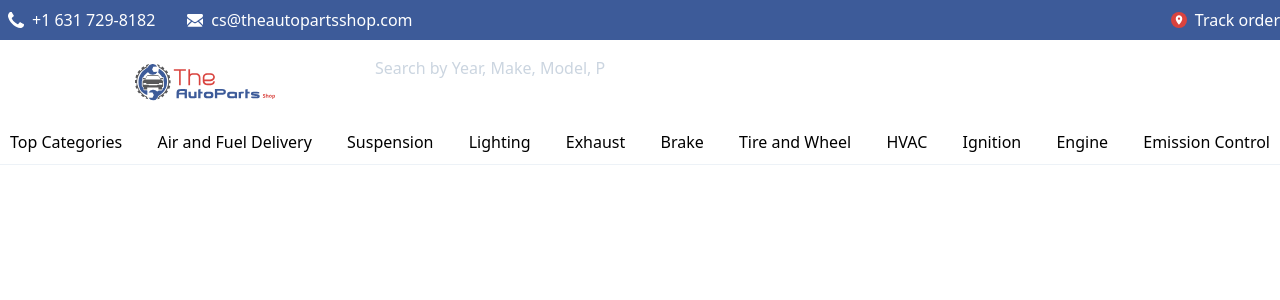
Repository: robindhimanspineor/TAPS-Next
Page: /
These files come from the project's save history. The page is drawn as it stood at one moment and after the next save; the edit follows.
The browser window is 1280 px wide. The pictures show the whole page.
The project was rebuilt for these pictures with package versions that can differ from the ones it lists, and the page was loaded fresh each time. The framework's server and built-in components were replaced by stand-ins that run in the browser. Also part of the build but not shown: next.config.js.

Above is the page before, as saved 2021-09-16 17:13:26.

### src/pages/index.tsx
// import { useRouter } from 'next/router';

// import { Meta } from '../layout/Meta';
// import { Main } from '../templates/Main';
import Header from '../components/common/header';

const Index = () => {
  // const router = useRouter();

  return (
    // <Main
    //   meta={
    //     <Meta
    //       title="Next.js Boilerplate Presentation"
    //       description="Next js Boilerplate is the perfect starter code for your project. Build your React application with the Next.js framework."
    //     />
    //   }
    // >
    // </Main>
    <div>
      <main className="main-container block">
        <Header />
      </main>
    </div>
  );
};

export default Index;

### src/styles/main.css
@tailwind base;
a {
  @apply text-blue-700;
}

a:hover {
  @apply border-b-2 border-blue-700;
}

@tailwind components;
@tailwind utilities;
.content p {
  @apply my-6;
}

.content ul {
  @apply my-6;
}

a {
  text-decoration: none;
  color: black;
}

.main-header {
  display: flex;
  flex-direction: row;
  flex-wrap: nowrap;
  align-content: flex-start;
  align-items: center;
  height: 80px;
  max-width: 1580px;
  flex-grow: 1;
  width: 100%;
  padding: 0 125px 0 115px;
}

.logo {
  flex-basis: 260px;
  display: flex;
  align-items: center;
  justify-content: flex-start;
  padding-left: 20px;
}

.logo a {
  display: inline-block;
}

.logo a span {
  display: block;
  margin-top: 5px;
  width: 140px;
}

.searchbar {
  flex: 1;
}

.searchbar .form-group-wrapper {
  position: relative;
}

### src/components/common/header/index.tsx
import TopHeader from './top-header';
import MainHeader from './main-header';
import CategoriesHeader from './categories-header';

const Header = () => {
  return (
    <header className="flex flex-col items-center justify-center w-full static border-b z-50">
      <TopHeader />
      <MainHeader />
      <CategoriesHeader />
    </header>
  );
};

export default Header;

### src/components/common/header/top-header.tsx
import PhoneHandle from '../../../svg/PhoneHandleSvg.js';
import MailBoxSvg from '../../../svg/MailBoxSvg.js';
import TrackOrderSvg from '../../../svg/TrackOrderSvg.js';

import topHeaderStyles from '../../../styles/top-header.module.css';
const TopHeader = () => {
  return (
    <div className={`${topHeaderStyles.bgBlue} head-top py-2 w-full text-base`}>
      <div className="w-screen max-w-screen-xl flex justify-between mx-auto">
        <div className="head-top-left flex text-white font-medium pl-2">
          <div className="head-top-phone flex items-center text-white w-auto">
            <div
              className="text-white h-6 w-6 flex items-center pr-2"
              style={{ fill: '#fff' }}
            >
              <PhoneHandle />
            </div>
            <p>+1 631 729-8182</p>
          </div>
          <div className="heap-top-email flex items-center text-white w-auto ml-8">
            <div
              className="text-white h-6 w-6 flex items-center pr-2"
              style={{ fill: '#fff' }}
            >
              <MailBoxSvg />
            </div>
            <p>cs@theautopartsshop.com</p>
          </div>
        </div>
        <div className="head-top-right text-white font-medium">
          <div
            className="head-top-track-order flex items-center text-white w-auto cursor-pointer"
            onClick={() => console.log('track order')}
          >
            <div
              className="text-white h-6 w-6 flex items-center pr-2 "
              style={{ fill: '#fff' }}
            >
              <TrackOrderSvg />
            </div>
            <p>Track order</p>
          </div>
        </div>
      </div>
    </div>
  );
};
export default TopHeader;

### src/components/common/header/main-header.tsx
import Logo from './logo';
import SearchBar from './searchbar';

const MainHeader = () => {
  return (
    <div className="main-header">
      <Logo />
      <SearchBar />
      <div className="cart-button"></div>
    </div>
  );
};

export default MainHeader;

### src/components/common/header/categories-header.tsx
import Link from 'next/link';
const CategoriesHeader = () => {
  return (
    <div className="header-categories w-screen max-w-screen-xl flex justify-between ">
      <Link href="/">
        <a className="m-2.5 text-black">Top Categories</a>
      </Link>
      <Link href="/air-and-fuel-delivery">
        <a className="m-2.5 text-black">Air and Fuel Delivery</a>
      </Link>
      <Link href="/suspension">
        <a className="m-2.5 text-black">Suspension</a>
      </Link>
      <Link href="/electrical-lighting-and-body">
        <a className="m-2.5 text-black">Lighting</a>
      </Link>
      <Link href="/exhaust">
        <a className="m-2.5 text-black">Exhaust</a>
      </Link>
      <Link href="/brake">
        <a className="m-2.5 text-black">Brake</a>
      </Link>
      <Link href="/tire-and-wheel">
        <a className="m-2.5 text-black">Tire and Wheel</a>
      </Link>
      <Link href="/hvac">
        <a className="m-2.5 text-black">HVAC</a>
      </Link>
      <Link href="/ignition">
        <a className="m-2.5 text-black">Ignition</a>
      </Link>
      <Link href="/engine">
        <a className="m-2.5 text-black">Engine</a>
      </Link>
      <Link href="/emission-control">
        <a className="m-2.5 text-black">Emission Control</a>
      </Link>
    </div>
  );
};

export default CategoriesHeader;

### src/svg/PhoneHandleSvg.js
import React from 'react';

const PhoneHandle = () => (
  <svg
    version="1.1"
    xmlns="http://www.w3.org/2000/svg"
    xmlnsXlink="http://www.w3.org/1999/xlink"
    x="0px"
    y="0px"
    width="401.998px"
    height="401.998px"
    viewBox="0 0 401.998 401.998"
    style={{ enableBackground: 'new 0 0 401.998 401.998' }}
    xmlSpace="preserve"
    aria-label="phone handle svg"
  >
    <g>
      <path
        d="M401.129,311.475c-1.137-3.426-8.371-8.473-21.697-15.129c-3.61-2.098-8.754-4.949-15.41-8.566
		c-6.662-3.617-12.709-6.95-18.13-9.996c-5.432-3.045-10.521-5.995-15.276-8.846c-0.76-0.571-3.139-2.234-7.136-5
		c-4.001-2.758-7.375-4.805-10.14-6.14c-2.759-1.327-5.473-1.995-8.138-1.995c-3.806,0-8.56,2.714-14.268,8.135
		c-5.708,5.428-10.944,11.324-15.7,17.706c-4.757,6.379-9.802,12.275-15.126,17.7c-5.332,5.427-9.713,8.138-13.135,8.138
		c-1.718,0-3.86-0.479-6.427-1.424c-2.566-0.951-4.518-1.766-5.858-2.423c-1.328-0.671-3.607-1.999-6.845-4.004
		c-3.244-1.999-5.048-3.094-5.428-3.285c-26.075-14.469-48.438-31.029-67.093-49.676c-18.649-18.658-35.211-41.019-49.676-67.097
		c-0.19-0.381-1.287-2.19-3.284-5.424c-2-3.237-3.333-5.518-3.999-6.854c-0.666-1.331-1.475-3.283-2.425-5.852
		s-1.427-4.709-1.427-6.424c0-3.424,2.713-7.804,8.138-13.134c5.424-5.327,11.326-10.373,17.7-15.128
		c6.379-4.755,12.275-9.991,17.701-15.699c5.424-5.711,8.136-10.467,8.136-14.273c0-2.663-0.666-5.378-1.997-8.137
		c-1.332-2.765-3.378-6.139-6.139-10.138c-2.762-3.997-4.427-6.374-4.999-7.139c-2.852-4.755-5.799-9.846-8.848-15.271
		c-3.049-5.424-6.377-11.47-9.995-18.131c-3.615-6.658-6.468-11.799-8.564-15.415C98.986,9.233,93.943,1.997,90.516,0.859
		C89.183,0.288,87.183,0,84.521,0c-5.142,0-11.85,0.95-20.129,2.856c-8.282,1.903-14.799,3.899-19.558,5.996
		c-9.517,3.995-19.604,15.605-30.264,34.826C4.863,61.566,0.01,79.271,0.01,96.78c0,5.135,0.333,10.131,0.999,14.989
		c0.666,4.853,1.856,10.326,3.571,16.418c1.712,6.09,3.093,10.614,4.137,13.56c1.045,2.948,2.996,8.229,5.852,15.845
		c2.852,7.614,4.567,12.275,5.138,13.988c6.661,18.654,14.56,35.307,23.695,49.964c15.03,24.362,35.541,49.539,61.521,75.521
		c25.981,25.98,51.153,46.49,75.517,61.526c14.655,9.134,31.314,17.032,49.965,23.698c1.714,0.568,6.375,2.279,13.986,5.141
		c7.614,2.854,12.897,4.805,15.845,5.852c2.949,1.048,7.474,2.43,13.559,4.145c6.098,1.715,11.566,2.905,16.419,3.576
		c4.856,0.657,9.853,0.996,14.989,0.996c17.508,0,35.214-4.856,53.105-14.562c19.219-10.656,30.826-20.745,34.823-30.269
		c2.102-4.754,4.093-11.273,5.996-19.555c1.909-8.278,2.857-14.985,2.857-20.126C401.99,314.814,401.703,312.819,401.129,311.475z"
      />
    </g>
    <g />
    <g />
    <g />
    <g />
    <g />
    <g />
    <g />
    <g />
    <g />
    <g />
    <g />
    <g />
    <g />
    <g />
    <g />
  </svg>
);

export default PhoneHandle;

### src/svg/MailBoxSvg.js
import React from 'react';

const MailBoxSvg = () => (
  <svg
    version="1.1"
    xmlns="http://www.w3.org/2000/svg"
    xmlnsXlink="http://www.w3.org/1999/xlink"
    x="0px"
    y="0px"
    width="550.795px"
    height="550.795px"
    viewBox="0 0 550.795 550.795"
    style={{ enableBackground: 'new 0 0 550.795 550.795' }}
    xmlSpace="preserve"
    aria-label="mail box"
  >
    <g>
      <g>
        <path
          d="M501.613,491.782c12.381,0,23.109-4.088,32.229-12.16L377.793,323.567c-3.744,2.681-7.373,5.288-10.801,7.767
			c-11.678,8.604-21.156,15.318-28.434,20.129c-7.277,4.822-16.959,9.737-29.045,14.755c-12.094,5.024-23.361,7.528-33.813,7.528
			h-0.306h-0.306c-10.453,0-21.72-2.503-33.813-7.528c-12.093-5.018-21.775-9.933-29.045-14.755
			c-7.277-4.811-16.75-11.524-28.434-20.129c-3.256-2.387-6.867-5.006-10.771-7.809L16.946,479.622
			c9.119,8.072,19.854,12.16,32.234,12.16H501.613z"
        />
        <path
          d="M31.047,225.299C19.37,217.514,9.015,208.598,0,198.555V435.98l137.541-137.541
			C110.025,279.229,74.572,254.877,31.047,225.299z"
        />
        <path
          d="M520.059,225.299c-41.865,28.336-77.447,52.73-106.75,73.195l137.486,137.492V198.555
			C541.98,208.396,531.736,217.306,520.059,225.299z"
        />
        <path
          d="M501.613,59.013H49.181c-15.784,0-27.919,5.33-36.42,15.979C4.253,85.646,0.006,98.97,0.006,114.949
			c0,12.907,5.636,26.892,16.903,41.959c11.267,15.061,23.256,26.891,35.961,35.496c6.965,4.921,27.969,19.523,63.012,43.801
			c18.917,13.109,35.368,24.535,49.505,34.395c12.05,8.396,22.442,15.667,31.022,21.701c0.985,0.691,2.534,1.799,4.59,3.269
			c2.215,1.591,5.018,3.61,8.476,6.107c6.659,4.816,12.191,8.709,16.597,11.683c4.4,2.975,9.731,6.298,15.985,9.988
			c6.249,3.685,12.143,6.456,17.675,8.299c5.533,1.842,10.655,2.766,15.367,2.766h0.306h0.306c4.711,0,9.834-0.924,15.368-2.766
			c5.531-1.843,11.42-4.608,17.674-8.299c6.248-3.69,11.572-7.02,15.986-9.988c4.406-2.974,9.938-6.866,16.598-11.683
			c3.451-2.497,6.254-4.517,8.469-6.102c2.057-1.476,3.605-2.577,4.596-3.274c6.684-4.651,17.1-11.892,31.104-21.616
			c25.482-17.705,63.01-43.764,112.742-78.281c14.957-10.447,27.453-23.054,37.496-37.803c10.025-14.749,15.051-30.22,15.051-46.408
			c0-13.525-4.873-25.098-14.598-34.737C526.461,63.829,514.932,59.013,501.613,59.013z"
        />
      </g>
    </g>
    <g />
    <g />
    <g />
    <g />
    <g />
    <g />
    <g />
    <g />
    <g />
    <g />
    <g />
    <g />
    <g />
    <g />
    <g />
  </svg>
);

export default MailBoxSvg;

### src/svg/TrackOrderSvg.js
import React from 'react';

const TrackOrderSvg = () => (
    <svg xmlns="http://www.w3.org/2000/svg"
        version="1.1"
        id="Layer_1"
        x="0px"
        y="0px"
        viewBox="0 0 28 28"
        style={{ enableBackground: "new 0 0 28 28" }}>

        <circle id="Ellipse_2" fill="#D9433E" cx="14" cy="14" r="14" />
        <path id="Icon_material-location-on" fill="#FFFFFF" d="M14,5.9c-3.1,0-5.7,2.5-5.7,5.7c0,0,0,0,0,0c0,4.3,5.7,10.5,5.7,10.5  s5.7-6.3,5.7-10.5C19.7,8.4,17.1,5.9,14,5.9C14,5.9,14,5.9,14,5.9z M14,13.6c-1.1,0-2-0.9-2-2c0-1.1,0.9-2,2-2c1.1,0,2,0.9,2,2l0,0  C16,12.7,15.1,13.6,14,13.6z" />
    </svg>
);

export default TrackOrderSvg;

### src/styles/top-header.module.css
.bgBlue {
  background-color: #3d5b99;
}

### src/components/common/header/logo.tsx
import React from 'react';
import Link from 'next/link';

const Logo = () => (
  <div className="logo">
    <Link href="/">
      <a>
        <span>
          <svg x="0px" y="0px" viewBox="0 0 1004.91 260.67">
            <title>theautopartsshop.com</title>
            <path
              fill="#ff0"
              d="M231.67,154.11"
              transform="translate(-48.51 -38.87)"
            />
            <path
              fill="#ff0"
              d="M259.25,150.17"
              transform="translate(-48.51 -38.87)"
            />
            <path
              fill="#d9433e"
              d="M327.3,76.1h86.6V87.9H376.66V191.22H364.95V87.9H327.3Z"
              transform="translate(-48.51 -38.87)"
            />
            <path
              fill="#d9433e"
              d="M431.62,76h12.2v33.85q8.8-5.33,15.59-5.33h31.1q10.58,0,20.92,10.66,6.87,7.35,6.87,23.59v52.43H506.5V137.58q0-16.07-12.12-20.12l-5.33-.73H461.67q-13.81,0-17.53,12.93l-.32,2.67v58.89h-12.2Z"
              transform="translate(-48.51 -38.87)"
            />
            <path
              fill="#d9433e"
              d="M564.53,104.46h28.19q20.2,0,28.2,21.65l.73,5.74v3.39q0,14.46-16.32,24.4A35.87,35.87,0,0,1,592,162.3H547.08V163q0,11.47,13.33,15.59l7.59.81h20.92q15.83,0,20.12-11.39a34.07,34.07,0,0,0,1.54-6.14h11.07q0,20.76-22.46,28.6l-6.46.73h-24.4q-24.16,0-31.91-19.39a43.41,43.41,0,0,1-1.53-10.66V134.11q0-19.63,19-27.79A26.84,26.84,0,0,1,564.53,104.46Zm-17.85,33.85v12.2h41.12q17,0,20.52-10.34a15.89,15.89,0,0,0,1.54-7.19q0-7-6.06-12.52-4.2-4.2-15.27-4.2H568.73q-12.52,0-16.72,4.93Q546.68,125.38,546.68,138.31Z"
              transform="translate(-48.51 -38.87)"
            />
            <path
              fill="#d9433e"
              d="M983.65,273.4a6.78,6.78,0,0,1-2.56,5.6,11.11,11.11,0,0,1-7.12,2,16.71,16.71,0,0,1-7.43-1.58V274.3A30.63,30.63,0,0,0,971,276a13.3,13.3,0,0,0,3.37.49,4.79,4.79,0,0,0,2.81-.7,2.4,2.4,0,0,0,1-2.08,2.3,2.3,0,0,0-.43-1.37,4.81,4.81,0,0,0-1.27-1.16,32.89,32.89,0,0,0-3.4-1.78,16.1,16.1,0,0,1-3.61-2.17,8.15,8.15,0,0,1-1.92-2.42,6.91,6.91,0,0,1-.72-3.23,6.78,6.78,0,0,1,2.36-5.47,9.8,9.8,0,0,1,6.53-2,15.4,15.4,0,0,1,3.9.48,26.89,26.89,0,0,1,3.89,1.36l-1.79,4.33a26.36,26.36,0,0,0-3.47-1.2,11.18,11.18,0,0,0-2.7-.34,3.57,3.57,0,0,0-2.42.74,2.42,2.42,0,0,0-.84,1.92,2.38,2.38,0,0,0,.34,1.28,3.74,3.74,0,0,0,1.09,1.06,33.55,33.55,0,0,0,3.53,1.84,14,14,0,0,1,5,3.53A6.89,6.89,0,0,1,983.65,273.4Z"
              transform="translate(-48.51 -38.87)"
            />
            <path
              fill="#d9433e"
              d="M1006.43,280.69H1001V269q0-4.34-3.23-4.34a3.67,3.67,0,0,0-3.32,1.56,9.53,9.53,0,0,0-1,5.06v9.44H987.9V252.75h5.48v5.69q0,.67-.13,3.12l-.12,1.62h.29a6.34,6.34,0,0,1,5.82-2.94,7.11,7.11,0,0,1,5.37,1.9,7.56,7.56,0,0,1,1.83,5.46Z"
              transform="translate(-48.51 -38.87)"
            />
            <path
              fill="#d9433e"
              d="M1030.23,270.62q0,4.9-2.58,7.67a9.37,9.37,0,0,1-7.2,2.76,10.07,10.07,0,0,1-5.1-1.27,8.41,8.41,0,0,1-3.39-3.64,12.21,12.21,0,0,1-1.19-5.53q0-4.92,2.57-7.65a9.43,9.43,0,0,1,7.22-2.73,10.13,10.13,0,0,1,5.1,1.26,8.39,8.39,0,0,1,3.39,3.61A12.1,12.1,0,0,1,1030.23,270.62Zm-13.88,0a8.42,8.42,0,0,0,1,4.51,3.5,3.5,0,0,0,3.19,1.53,3.44,3.44,0,0,0,3.15-1.52,8.54,8.54,0,0,0,1-4.51,8.29,8.29,0,0,0-1-4.47,4.12,4.12,0,0,0-6.34,0A8.28,8.28,0,0,0,1016.35,270.62Z"
              transform="translate(-48.51 -38.87)"
            />
            <path
              fill="#d9433e"
              d="M1045.7,281a6.65,6.65,0,0,1-5.55-2.57h-.29q.29,2.51.29,2.91v8.13h-5.48v-28.9h4.45l.77,2.6h.25a6.33,6.33,0,0,1,5.69-3,6.51,6.51,0,0,1,5.57,2.75q2,2.75,2,7.63a15.07,15.07,0,0,1-.94,5.58,7.83,7.83,0,0,1-2.68,3.61A6.88,6.88,0,0,1,1045.7,281Zm-1.62-16.43a3.46,3.46,0,0,0-3,1.25,7.16,7.16,0,0,0-1,4.12v.59a8.45,8.45,0,0,0,1,4.63,3.43,3.43,0,0,0,3,1.4q3.68,0,3.68-6.07a8.67,8.67,0,0,0-.91-4.44A3.09,3.09,0,0,0,1044.09,264.62Z"
              transform="translate(-48.51 -38.87)"
            />
            <path
              fill="#3d5b99"
              d="M363.38,284.2h-16.7V251.25a79.65,79.65,0,0,1,1.21-14.73A20.87,20.87,0,0,1,353,226q3.88-4.2,11.12-6.34t19.2-2.14a168.44,168.44,0,0,1,20.76,1.21q9.69,1.21,17.19,1.92V284.2H404.64V258.48H363.47Zm41.25-51.52q-4.82-.36-10.22-.58t-11.3-.22a39.21,39.21,0,0,0-9.46.94,14.28,14.28,0,0,0-5.8,2.77,10.42,10.42,0,0,0-3.08,4.38,21.9,21.9,0,0,0-1.21,5.76h41.07Z"
              transform="translate(-48.51 -38.87)"
            />
            <path
              fill="#3d5b99"
              d="M459.73,285.27a67,67,0,0,1-11.92-.94,19.65,19.65,0,0,1-8.57-3.57,16,16,0,0,1-5.18-7.28,34.9,34.9,0,0,1-1.74-12.05V238.57H449v22.86a14,14,0,0,0,.63,4.55,6.31,6.31,0,0,0,1.92,2.86,7.71,7.71,0,0,0,3.3,1.52,22.7,22.7,0,0,0,4.87.45q1.69,0,3.13,0t3-.18l3.39-.27q1.83-.13,4.42-.4V238.57h16.61v43.57q-3.39.45-6.79,1t-7.1,1q-3.71.45-7.77.76T459.73,285.27Z"
              transform="translate(-48.51 -38.87)"
            />
            <path
              fill="#3d5b99"
              d="M533.48,250.36H518.93V284.2h-16.7V222.59l16.7-4.29v19.29h14.55Z"
              transform="translate(-48.51 -38.87)"
            />
            <path
              fill="#3d5b99"
              d="M576.87,237.59a117.41,117.41,0,0,1,16.21.94,26.66,26.66,0,0,1,10.67,3.57,14.69,14.69,0,0,1,5.89,7.28,41.59,41.59,0,0,1,0,24.11,14.68,14.68,0,0,1-5.89,7.28,26.63,26.63,0,0,1-10.67,3.57,140.93,140.93,0,0,1-32.46,0A26.3,26.3,0,0,1,550,280.76a14.73,14.73,0,0,1-5.85-7.28,41.58,41.58,0,0,1,0-24.11A14.75,14.75,0,0,1,550,242.1a26.33,26.33,0,0,1,10.67-3.57A118.41,118.41,0,0,1,576.87,237.59Zm0,33.21q5.09,0,8.39-.31a14.21,14.21,0,0,0,5.18-1.29,5.5,5.5,0,0,0,2.63-2.81,13.24,13.24,0,0,0,.76-5,13.61,13.61,0,0,0-.76-5,5.48,5.48,0,0,0-2.63-2.86,14.27,14.27,0,0,0-5.18-1.29q-3.3-.31-8.39-.31t-8.39.31a14.7,14.7,0,0,0-5.22,1.29,5.24,5.24,0,0,0-2.63,2.86,14.34,14.34,0,0,0-.71,5,14,14,0,0,0,.71,5,5.26,5.26,0,0,0,2.63,2.81,14.64,14.64,0,0,0,5.22,1.29Q571.78,270.81,576.87,270.81Z"
              transform="translate(-48.51 -38.87)"
            />
            <path
              fill="#3d5b99"
              d="M672.05,218.21a57.24,57.24,0,0,1,13.71,1.38,23.44,23.44,0,0,1,8.79,4,14.2,14.2,0,0,1,4.69,6.34,24.65,24.65,0,0,1,1.38,8.57,28.61,28.61,0,0,1-1.29,9.11,13,13,0,0,1-4.51,6.29,22,22,0,0,1-8.75,3.66,67.6,67.6,0,0,1-14,1.21H638.66V284.2H622.05v-66h50Zm0,27.77a43.81,43.81,0,0,0,5.67-.31,11.57,11.57,0,0,0,3.88-1.12,5,5,0,0,0,2.23-2.28,8.72,8.72,0,0,0,.71-3.79,8.11,8.11,0,0,0-.8-3.88,5.48,5.48,0,0,0-2.37-2.28,11.43,11.43,0,0,0-3.93-1.07,48.49,48.49,0,0,0-5.4-.27H638.66v15Z"
              transform="translate(-48.51 -38.87)"
            />
            <path
              fill="#3d5b99"
              d="M744.11,237.59a113.36,113.36,0,0,1,12.5.71q6.43.72,11.88,1.52,6.25,1,12.41,2.14V284.2H768.84L766.79,282a54.66,54.66,0,0,1-9.6,2.32,80.48,80.48,0,0,1-13.08,1,118.41,118.41,0,0,1-16.25-.94,26.68,26.68,0,0,1-10.71-3.57,14.66,14.66,0,0,1-5.89-7.28,41.57,41.57,0,0,1,0-24.11,14.67,14.67,0,0,1,5.89-7.28,26.71,26.71,0,0,1,10.71-3.57A118.41,118.41,0,0,1,744.11,237.59Zm0,33.21q1.69,0,4.15-.09t5.18-.22l5.54-.27q2.81-.13,5.31-.31V252.86q-2.5-.09-5.31-.27t-5.54-.31q-2.72-.13-5.18-.22t-4.15-.09q-5.09,0-8.39.31a14.7,14.7,0,0,0-5.22,1.29,5.24,5.24,0,0,0-2.63,2.86,14.33,14.33,0,0,0-.71,5,13.94,13.94,0,0,0,.71,5,5.26,5.26,0,0,0,2.63,2.81,14.64,14.64,0,0,0,5.22,1.29Q739,270.81,744.11,270.81Z"
              transform="translate(-48.51 -38.87)"
            />
            <path
              fill="#3d5b99"
              d="M801.17,239.33q4.46-.58,9.2-1t9.64-.58q4.91-.18,9.64-.18v12q-5.09.27-8.79.71t-6.29.89q-2.95.54-5.09,1.07v32H792.86V240.72Q796.7,239.91,801.17,239.33Z"
              transform="translate(-48.51 -38.87)"
            />
            <path
              fill="#3d5b99"
              d="M871.52,250.36H857V284.2h-16.7V222.59L857,218.3v19.29h14.55Z"
              transform="translate(-48.51 -38.87)"
            />
            <path
              fill="#3d5b99"
              d="M943.67,270.9a12.91,12.91,0,0,1-1.74,6.92,11.93,11.93,0,0,1-5.8,4.51,38.31,38.31,0,0,1-10.71,2.37,144.32,144.32,0,0,1-16.56.49q-3.75-.09-7.68-.4t-7.41-.76q-3.48-.45-6.29-.89l-4.42-.71V271.88q5.44.27,10.45.45,4.28.18,8.66.31t7,.13q5.44.18,8.79.13a40.62,40.62,0,0,0,5.13-.31,5.15,5.15,0,0,0,2.37-.76,1.9,1.9,0,0,0,.67-1.29,1.21,1.21,0,0,0-.36-1.12,3.88,3.88,0,0,0-1.7-.67,28.45,28.45,0,0,0-3.44-.45l-5.58-.45q-10.72-.8-17.41-2a40.1,40.1,0,0,1-10.45-3,10.28,10.28,0,0,1-5-4.51,14.65,14.65,0,0,1-1.29-6.43,12.16,12.16,0,0,1,1.74-6.61,12.55,12.55,0,0,1,5.8-4.55,37.81,37.81,0,0,1,10.71-2.54,129.93,129.93,0,0,1,16.56-.58q4.37.09,8.75.54t7.86,1q4.11.63,7.77,1.34v10.89q-2.32-.27-5.67-.49t-6.83-.4q-3.48-.18-6.7-.31l-5.45-.22q-5.54-.09-8.84,0a46.56,46.56,0,0,0-5.13.36,5.23,5.23,0,0,0-2.41.76,1.52,1.52,0,0,0-.58,1.21,1.45,1.45,0,0,0,.36,1.07,3.35,3.35,0,0,0,1.52.63,24.73,24.73,0,0,0,3.35.45l5.85.45q10.8.8,17.5,2a40.41,40.41,0,0,1,10.4,3,10.31,10.31,0,0,1,5,4.51A14.66,14.66,0,0,1,943.67,270.9Z"
              transform="translate(-48.51 -38.87)"
            />
            <path
              fill="#58585a"
              d="M246.48,147.78a4.09,4.09,0,0,0,4.09-4.09v-2.74a2.07,2.07,0,0,0-2.3-2.06l-18,2-2.48-3.84-10-15.38a7.11,7.11,0,0,0-6-3.25H140.45a6.18,6.18,0,0,0-5.33,3L126,137l-2.35,4-16.24-1.91a3.32,3.32,0,0,0-3.71,3.3v1.77a3.65,3.65,0,0,0,3.65,3.65h12.29l-2.76,4.69-6,3.33-6,3.33a3.32,3.32,0,0,0-1.7,2.9v37.46a2.66,2.66,0,0,0,2.14,2.61l1.74,1,1.74,1a3,3,0,0,1,2.4,2.91l0,5.4,0,8a2.1,2.1,0,0,0,2.36,2.07l1.59-.19,1.59-.19h17.6a1.83,1.83,0,0,0,1.83-1.83V206.72h80.39v13.5a1.92,1.92,0,0,0,1.92,1.92h22a1.91,1.91,0,0,0,1.91-1.91V207.06a3.22,3.22,0,0,1,1.37-2.64l2-1,2-1a3.32,3.32,0,0,0,1.83-1,2.86,2.86,0,0,0,.77-1.9V161.24a3.28,3.28,0,0,0-1.74-2.9l-5.53-2.94-5.53-2.94-4.12-6.37,1.39,1.68ZM137.42,123h77.66l18.27,27.41H121.43Zm104.14,52.61a3.58,3.58,0,0,1,3.58,3.58v5.37a3.24,3.24,0,0,1-3.24,3.24h-30a3.59,3.59,0,0,0-3,1.69l-.3.48-.3.48a3.41,3.41,0,0,1-2.89,1.6H150.66a3.15,3.15,0,0,1-2.67-1.48l-.32-.51-.32-.51a3.75,3.75,0,0,0-3.18-1.76H111.57a3.37,3.37,0,0,1-3.37-3.37v-5.52a3.3,3.3,0,0,1,3.3-3.3h15a3.45,3.45,0,0,1,3.41,2.89l.22,1,.22,1a2.37,2.37,0,0,0,2.32,1.86h85.46a2.53,2.53,0,0,0,2.52-2.52v-.31a3.94,3.94,0,0,1,3.94-3.94h17Z"
              transform="translate(-48.51 -38.87)"
            />
            <path
              fill="#58585a"
              d="M147.65,44.92V39.66l-18.16,5.68a2.82,2.82,0,0,0-1.8,3.68l2.89,7.71-14.44,7.88-5.7-8a1.51,1.51,0,0,0-2.09-.36L93.76,67.68a1.51,1.51,0,0,0-.37,2.12l5.67,6.63L87.25,88.25l-6.61-5.78a1.51,1.51,0,0,0-2.07.46L67,97.63a1.51,1.51,0,0,0,.3,2l6.85,5.71-6.57,13.13-9-2.26a1.51,1.51,0,0,0-1.83,1.1l-4.53,18.13a1.51,1.51,0,0,0,1.05,1.82L61,139.46l-2,15.1H50a1.51,1.51,0,0,0-1.51,1.51v18A1.51,1.51,0,0,0,50,175.57h9l1.31,17.07L52.42,196a1.51,1.51,0,0,0-.84,1.87l5.67,17a1.51,1.51,0,0,0,1.85,1l7.8-2.23,7.88,14.44-7.93,5.67a1.51,1.51,0,0,0-.33,2.13l10,13.38a1.51,1.51,0,0,0,2,.35l8-4.46L98.41,257l-5.55,6.66a1.51,1.51,0,0,0,.25,2.17L106.65,276a1.51,1.51,0,0,0,1.87,0l7-5.8,13.13,6.57-3.29,7.68a1.51,1.51,0,0,0,.91,2l18.14,6-11.82-21s-52.52-15.76-67-85.35c0,0-17.07-84,69.59-124.74C135.18,61.33,139.12,50.83,147.65,44.92Z"
              transform="translate(-48.51 -38.87)"
            />
            <path
              fill="#3d5b99"
              d="M182.26,96.67,171.12,78.25l8.44-20,28.33-2.17A38.73,38.73,0,0,0,140,62.58l0,1.65c-17.78,9.3-53.1,34.1-63,75.89,0,0-10.77,44,7.45,79.68,0,0,12,27.32,52.1,42l.88-29.77-1.25-2.58a6.82,6.82,0,0,0-4.09-1.36H116.16a7.85,7.85,0,0,1-5.55-2.3,2.62,2.62,0,0,1-.77-1.85V212.75a5.15,5.15,0,0,0-1.51-3.65l-9.23-7.91a5.2,5.2,0,0,1-1.52-3.68v-33a12.31,12.31,0,0,1,1.3-5.51l1.1-2.21a6.26,6.26,0,0,0,.66-2.8l.31-13.75s1.81-5,4-5h2.11c1.87,0,4.62-8.24,5.66-9.8,3.1-4.63,18.15-19,30.25-28.8l.32,2.38a38.73,38.73,0,0,0,67.23-4.46Z"
              transform="translate(-48.51 -38.87)"
            />
            <path
              fill="#3d5b99"
              d="M277.2,145.8c-11.37-54.92-57.36-72.24-57.36-72.24L215,101.14c12.35,7.41,24.69,24.76,29,31.23a5.6,5.6,0,0,0,4.66,2.49h2.11c2.23,0,4,.5,4,2.73l-1.31,22.06a6.26,6.26,0,0,0,.66,2.8l1.1,2.21a12.31,12.31,0,0,1,1.3,5.51v33a5.2,5.2,0,0,1-1.52,3.68l-7.91,6.6a5.16,5.16,0,0,0-1.51,3.65v6a2.62,2.62,0,0,1-.77,1.85c-1.47,1.47-3.47,3.61-5.55,3.61H223.43a6.82,6.82,0,0,0-4.09,1.36L208,236.67a37.94,37.94,0,0,0-61.74,6l27.82-.07,9.65,18.9-9.56,18.9-27.82.07a38,38,0,0,0,66.1-.4l.5-7.91,2.73-3.69c37.06-22.67,47.55-45.64,47.55-45.64C284.21,197.23,277.2,145.8,277.2,145.8Z"
              transform="translate(-48.51 -38.87)"
            />
            <path
              fill="#58585a"
              d="M207.4,46.23V41l15.54,5.68a2.82,2.82,0,0,1,1.8,3.68L224.47,58l11.82,7.88,5.7-8a1.51,1.51,0,0,1,2.09-.36L258.66,69a1.51,1.51,0,0,1,.37,2.12l-5.67,6.63,11.82,11.82,6.61-5.78a1.51,1.51,0,0,1,2.07.46l11.6,14.69a1.51,1.51,0,0,1-.3,2l-8.17,4.4,7.88,14.44,9-2.26a1.51,1.51,0,0,1,1.83,1.1l4.53,18.13a1.51,1.51,0,0,1-1.05,1.82l-6.47,2.22.66,15.1h9a1.51,1.51,0,0,1,1.51,1.51v18a1.51,1.51,0,0,1-1.51,1.51h-9L290.78,194,300,196a1.51,1.51,0,0,1,.84,1.87l-5.67,18.32a1.51,1.51,0,0,1-1.85,1L284.21,215l-7.88,13.13,7.93,5.67a1.51,1.51,0,0,1,.33,2.13l-11.35,14.69a1.51,1.51,0,0,1-2,.35l-6.69-4.46L252.7,258.29l5.55,5.34a1.51,1.51,0,0,1-.25,2.17l-13.53,11.46a1.51,1.51,0,0,1-1.87,0l-5.65-8.43-13.13,7.88.67,9a1.51,1.51,0,0,1-.91,2l-15.51,4.73,13.13-22.32S269.11,257,285.52,188.7c0,0,21-84-65.65-124.74C219.87,64,215.93,52.14,207.4,46.23Z"
              transform="translate(-48.51 -38.87)"
            />
          </svg>
        </span>
      </a>
    </Link>
  </div>
);

export default Logo;

### src/components/common/header/searchbar.tsx
import { useState } from 'react';

const SearchBar = () => {
  const [value, setvalue] = useState('');

  const onChange = (event: any) => {
    setvalue(event.target.value);
  };

  const handleSearch = (event: any) => {
    event.preventDefault();
    // if (state.value.trim().length === 0) {
    //   document.getElementById('searchinput').classList.add('error');
    // } else {
    //   const path = `/search/${encodeURIComponent(state.value.trim())}`;
    //   // GA Tracling
    //   dataLayer.push({
    //     'search-input': this.state.value,
    //   });

    //   this.props.router.push(path);
    // }
  };

  // render() {
  //   const { value } = this.state;

  return (
    <div className="searchbar">
      <form id="textSearchForm" onSubmit={handleSearch}>
        <div className="form-group-wrapper">
          <input
            type="text"
            id="searchinput"
            placeholder="Search by Year, Make, Model, Product Type, Part Number or Brand..."
            value={value}
            onChange={onChange}
            className="react-autosuggest__input"
            aria-label="Search part you need"
            autoComplete="off"
          />

          <div className="search-icon">
            <button type="submit" id="searchButton" aria-label="Search">
              <span>
                <svg
                  x="0px"
                  y="0px"
                  viewBox="0 0 52.966 52.966"
                  // style={{ background: 'new 0 0 52.966 52.966' }}
                  xmlSpace="preserve"
                  aria-label="search icon"
                >
                  {' '}
                  <path
                    d="M51.704,51.273L36.845,35.82c3.79-3.801,6.138-9.041,6.138-14.82c0-11.58-9.42-21-21-21s-21,9.42-21,21s9.42,21,21,21
                                    c5.083,0,9.748-1.817,13.384-4.832l14.895,15.491c0.196,0.205,0.458,0.307,0.721,0.307c0.25,0,0.499-0.093,0.693-0.279
                                    C52.074,52.304,52.086,51.671,51.704,51.273z M21.983,40c-10.477,0-19-8.523-19-19s8.523-19,19-19s19,8.523,19,19
                                    S32.459,40,21.983,40z"
                    fill="#FFFFFF"
                  />
                </svg>
              </span>
            </button>
          </div>
        </div>
      </form>
    </div>
  );
};

export default SearchBar;

Loaded but not shown: src/pages/_app.tsx (common file); src/pages/_document.tsx (common file); src/utils/AppConfig.ts (common file); tailwind.config.js (common file)

After the next save:
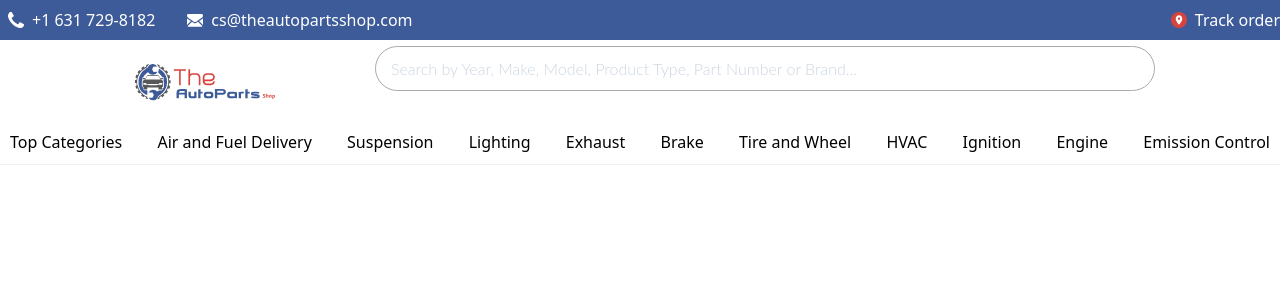
Saved 55 s later.
--- a/src/styles/main.css
+++ b/src/styles/main.css
@@ -60,3 +60,23 @@ a {
 .searchbar .form-group-wrapper {
   position: relative;
 }
+
+.searchbar .form-group-wrapper input {
+  padding-right: 35px;
+}
+
+.searchbar input {
+  border-radius: 50px;
+  padding-right: 10px;
+}
+
+.react-autosuggest__input {
+  width: 100%;
+  height: 45px;
+  padding: 0 65px 0 15px;
+  font-weight: 300;
+  font-size: 16px;
+  border: 1px solid #aaa;
+  border-radius: 4px;
+  font-family: 'Lato';
+}
